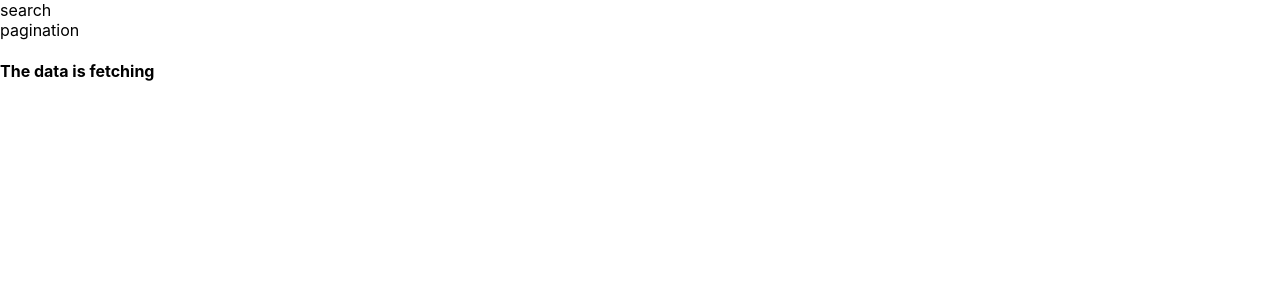
Repository: suraj-yadav7/TechNews
Page: /
These files come from the project's save history. The page is drawn as it stood at one moment and after a run of saves; the edit follows.
The browser window is 1280 px wide. The pictures show the whole page.
The page's requests for data from a server got no answer. The project was rebuilt for these pictures with package versions that can differ from the ones it lists, and the page was loaded fresh each time. No one was signed in, and anything a server would have sent is missing. Also part of the build but not shown: src/App.css.

Above is the page before, as saved 2023-04-25 12:17:59.

After the next 3 saves:
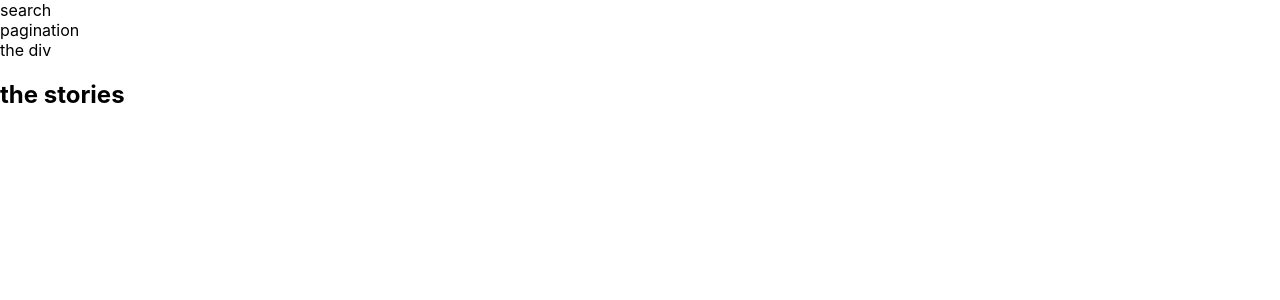
The 3 saves are shown as one change because 2 did not build or start.
The last was saved 119 s later.
--- a/src/context.jsx
+++ b/src/context.jsx
@@ -19,6 +19,9 @@
     const fetchApiData = async(url)=>{
         dispatch({
             type:"loadingData",
+            payload:{
+                isLoading:state.isLoading
+            }
         })
         try{
             let fetchApi = await fetch(url)
--- a/src/reducer.jsx
+++ b/src/reducer.jsx
@@ -3,13 +3,13 @@
     switch(action.type){
         case"loadingData" : return{
             ...state,
-            isloading: false
+            isLoading: false
 
         } ;
         case "Get_Update":
             return{
                 ...state,
-                isloading:false,
+                isLoading:false,
                 hits:action.payload.hitNews,
             }
 

After the 2 saves that followed:
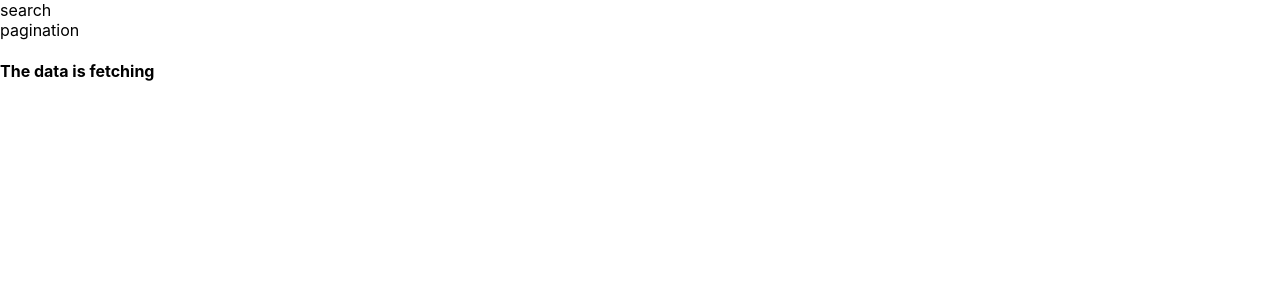
The 2 saves are shown as one change because 1 left the picture as it was.
The last was saved 67 s later.
--- a/src/context.jsx
+++ b/src/context.jsx
@@ -19,9 +19,6 @@
     const fetchApiData = async(url)=>{
         dispatch({
             type:"loadingData",
-            payload:{
-                isLoading:state.isLoading
-            }
         })
         try{
             let fetchApi = await fetch(url)
--- a/src/reducer.jsx
+++ b/src/reducer.jsx
@@ -3,7 +3,7 @@
     switch(action.type){
         case"loadingData" : return{
             ...state,
-            isLoading: false
+            isLoading: true
 
         } ;
         case "Get_Update":
